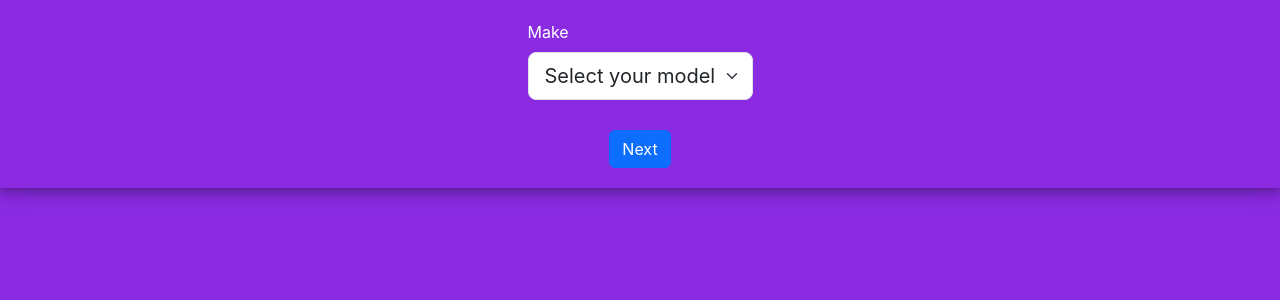
Repository: olahbold/greendoor_project
Page: /
An editor plug-in stored every save of this project. The page is shown before and after a run of saves, followed by the edit.
The browser window is 1280 px wide. The pictures show the whole page.
The project was rebuilt for these pictures with package versions that can differ from the ones it lists, and the page was loaded fresh each time. Also part of the build but not shown: src/App.css, src/components/Colour.js, src/components/Result.js, src/components/Code.js.

Above is the page before, as saved 2023-06-22 20:27:08.

After the next 4 saves:
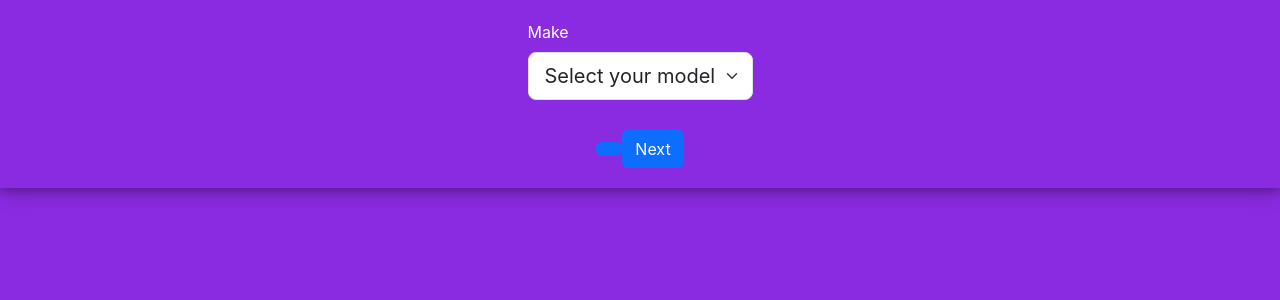
The 4 saves are shown as one change because they came seconds apart.
The last was saved 3 min 27 s later.
--- a/src/App.js
+++ b/src/App.js
@@ -74,6 +74,7 @@ export default function App() {
           </div>
 
           <div>
+            <Button></Button>
             <Button onClick={PageClick}>{page === 3 ? "Done" : "Next"}</Button>
           </div>
         </div>
